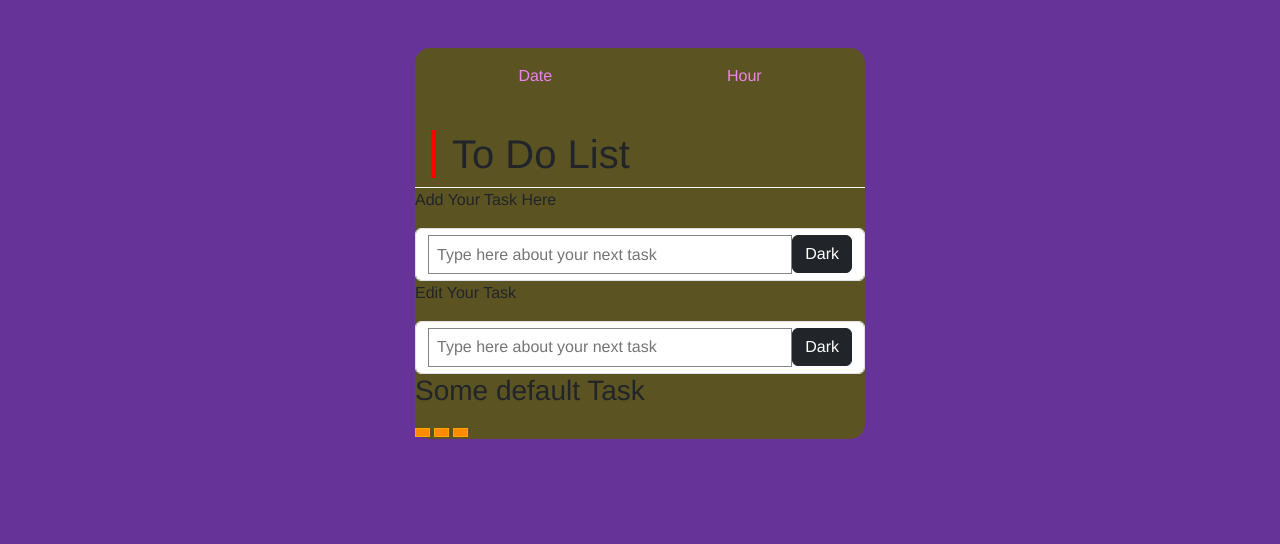
Repository: Passionblaz/TODO
Page: TODO/Untitled-1.html
The author's editor kept a copy of each file at every save. The page is drawn from the files as they stood at one save, then again after a run of saves.
The browser window is 1280 px wide. The pictures show the whole page.

Above is the page before, as saved 2023-07-14 14:19:10.

After the next 5 saves:
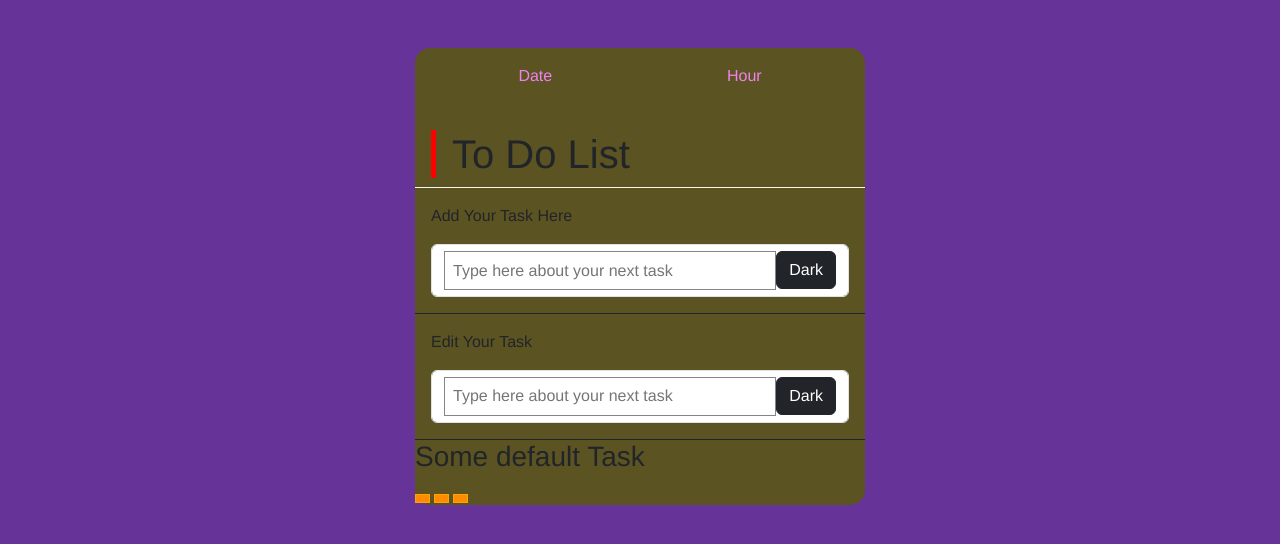
The 5 saves are shown as one change because they came seconds apart.
The last was saved 15 s later.
--- a/TODO/todostyles.css
+++ b/TODO/todostyles.css
@@ -71,5 +71,6 @@ header >h1 {
 }
 
 #todo-form, #edit-form {
-  padding: ;
+  padding: 1rem;
+  border-bottom: 1px solid;
 }
